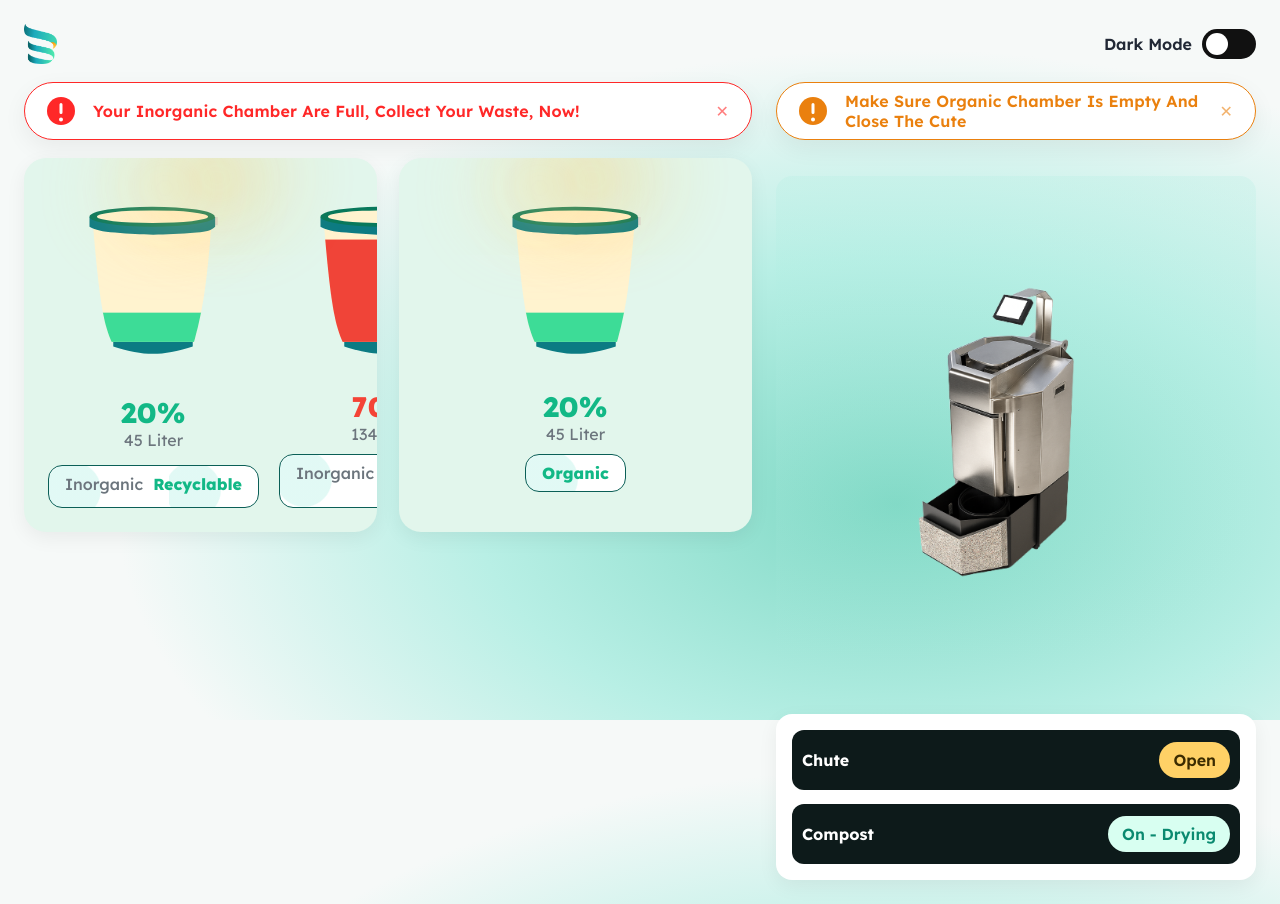
Repository: william-saputra/nusabin
Page: pages/homepage.html
The author's editor kept a copy of each file at every save. The page is drawn from the files as they stood at one save, then again after the next save.
The browser window is 1280 px wide. The pictures show the whole page.
Backgrounds fixed to the window are drawn as part of the page.

Above is the page before, as saved 2025-08-12 23:15:38.

After the next save:
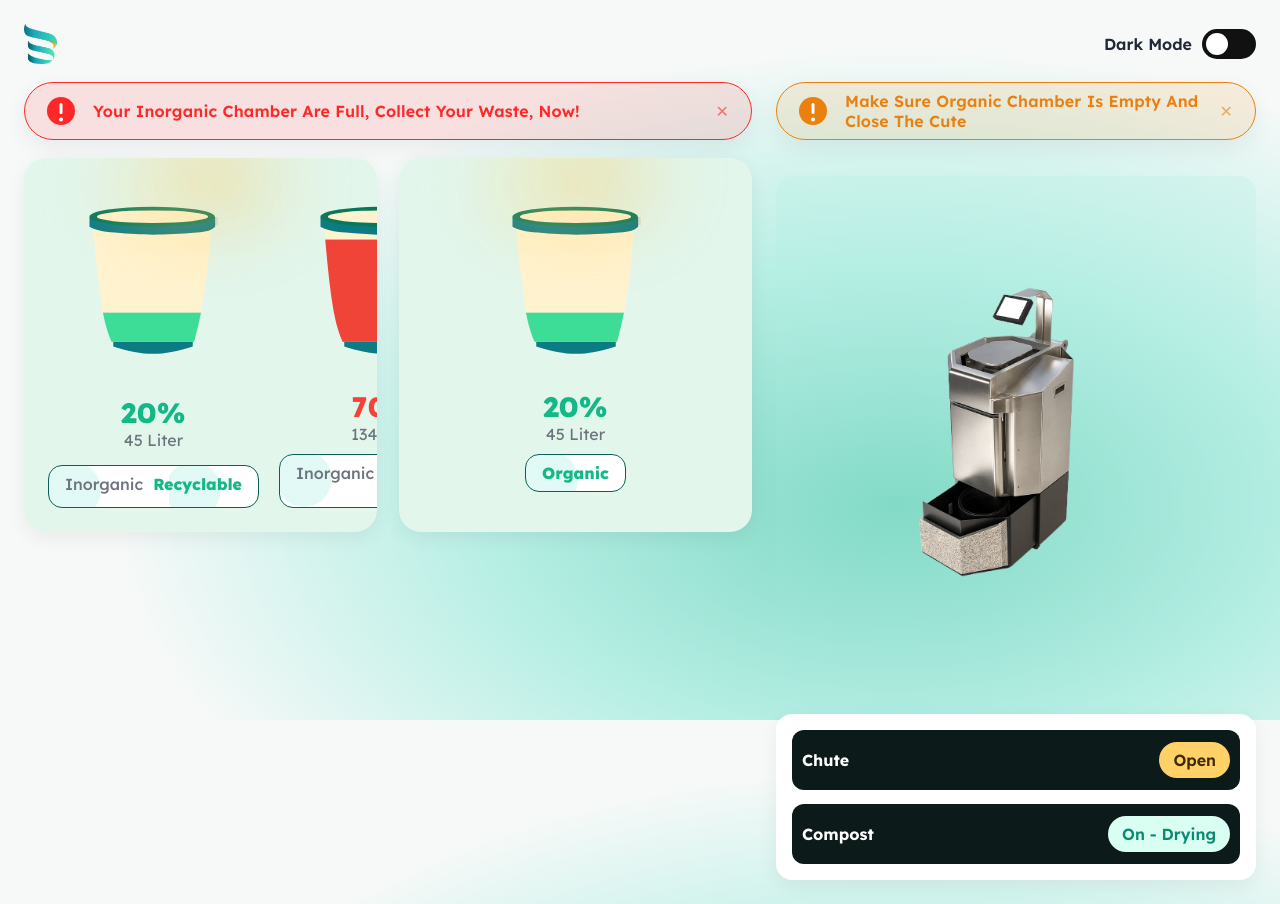
Saved 4 min 29 s later.
--- a/styles/base.css
+++ b/styles/base.css
@@ -40,8 +40,8 @@ input:checked + .slider:before { transform: translateX(24px); }
 .alert { display: grid; grid-template-columns: auto 1fr auto; align-items: center; gap: 12px; padding: 8px 16px; border-radius: 50px; box-shadow: 0 8px 24px rgba(0,0,0,.06); font-family: Lexend, Inter, sans-serif; border: 1px solid currentColor; }
 .alert .text { font-weight: 600; letter-spacing: .2px; }
 .alert .close { appearance: none; border: 0; background: transparent; cursor: pointer; opacity: 0.6; font-size: 16px; color: inherit; }
-.alert.pill[data-variant="danger"] { color: #FF2828; background: #fff; }
-.alert.pill[data-variant="warning"] { color: #EA800E; background: #fff; }
+.alert.pill[data-variant="danger"] { color: #FF2828; background: rgba(255,40,40,0.12); }
+.alert.pill[data-variant="warning"] { color: #EA800E; background: rgba(234,128,14,0.12); }
 .alert-icon { flex: 0 0 auto; width: 40px; height: 40px; }
 
 /* Main layout */
